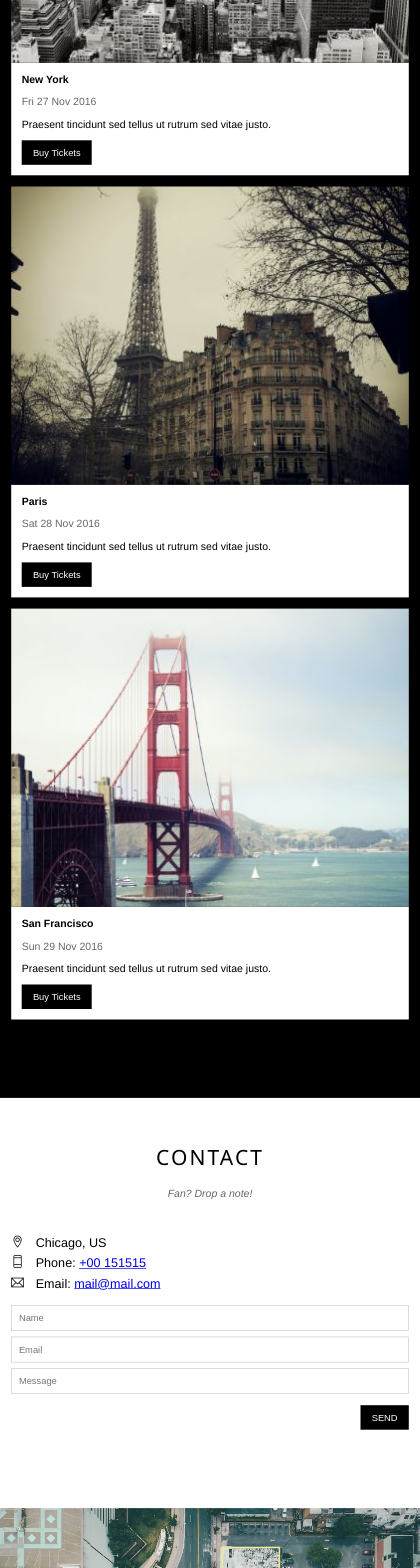
Repository: Lehau79/w3_band
Page: index.html
The author's editor kept a copy of each file at every save. The page is drawn from the files as they stood at one save, then again after the next save.
The browser window is 600 px wide. The pictures show the part of the page from y = 2739 to 4979 px (the page is 5422 px tall), at 70% of full size.

Above is the page before, as saved 2021-11-21 16:59:20.

After the next save:
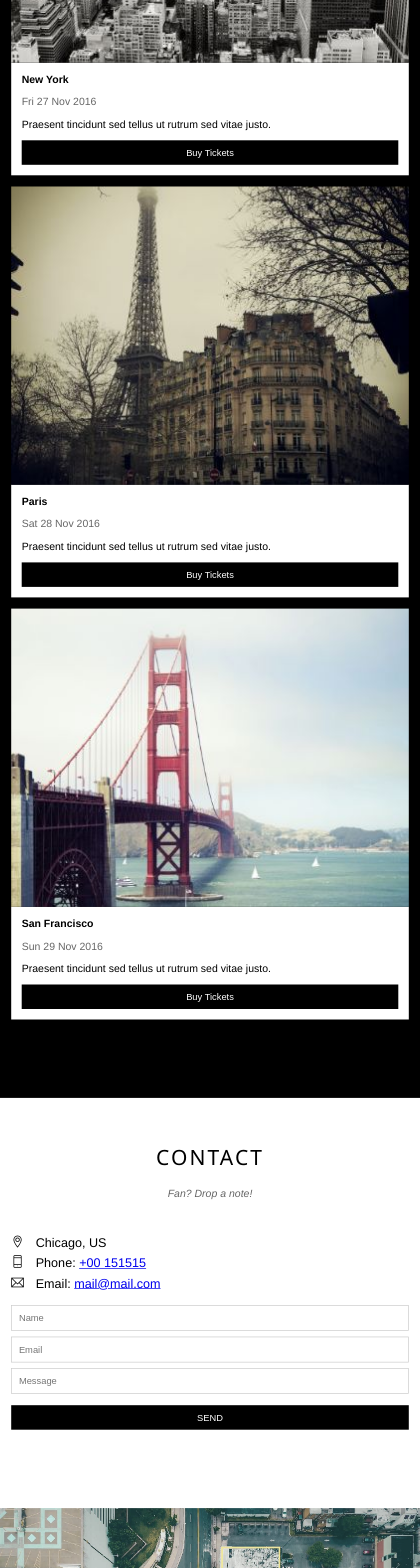
Saved 82 s later.
--- a/assets/css/responsive.css
+++ b/assets/css/responsive.css
@@ -11,6 +11,10 @@
 
 /* Mobile */
 @media (max-width:740px) {
+    .s-full-width {
+        width: 100% !important;
+    }
+
     .s-col-full {
         width: 100% !important;
     }
